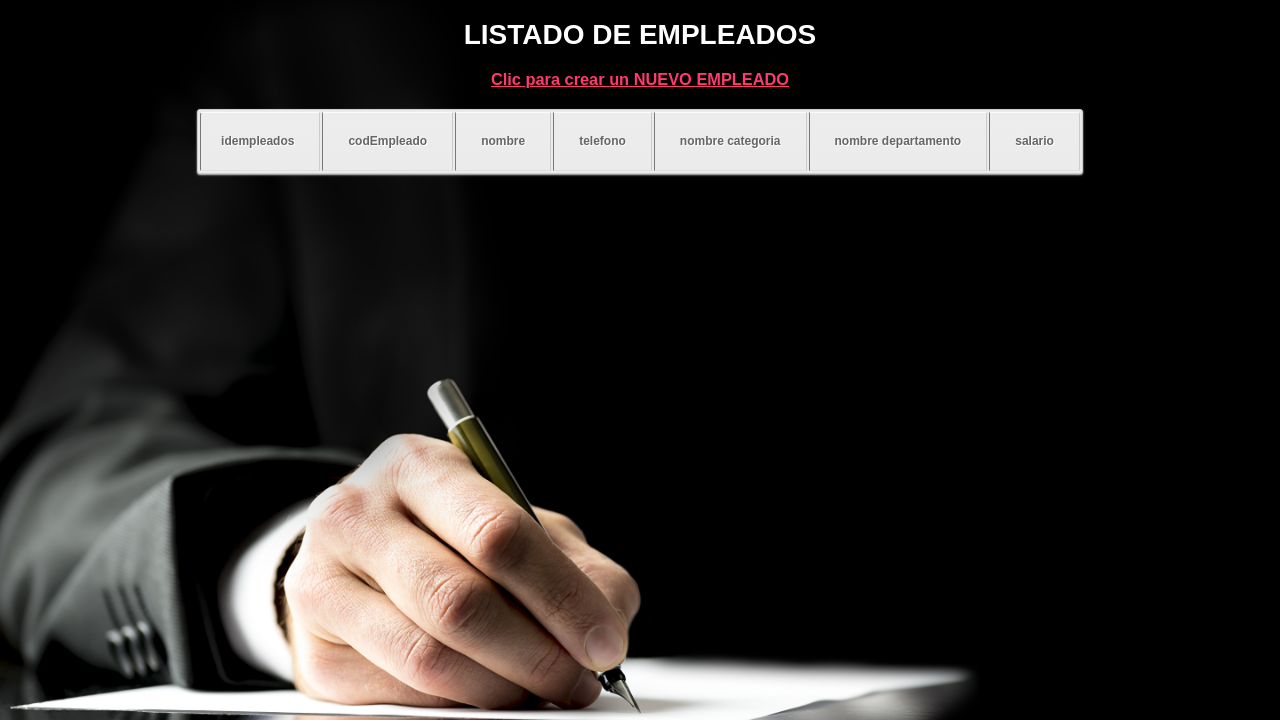
Repository: Sirfernandisco/ProyectoAgenda
Page: http://localhost/PorFinAgenda/WEB-INF/view/form1.jsp
These files come from the project's save history. The page is drawn as it stood at one moment and after the next save; the edit follows.
The browser window is 1280 px wide. The pictures show the whole page.
The page is served by Tomcat 9. Nobody is signed in. Other server files are loaded and not shown. The template is opened directly, without the code that normally fills it, so the values that code supplies are empty.

Above is the page before, as saved 2018-06-06 06:14:00.

### PorFinAgenda/src/main/webapp/WEB-INF/view/form1.jsp
<%@ taglib prefix="c" uri="http://java.sun.com/jsp/jstl/core"%>
<%@ taglib prefix="form" uri="http://www.springframework.org/tags/form"%>
<%@ taglib prefix="spring" uri="http://www.springframework.org/tags"%>
<!DOCTYPE html>
<html>
<head>
<meta charset="UTF-8">
<spring:url value="/resources/css/otro.css" var="estilos" />
<link href="${estilos}" rel="stylesheet" />
<title>Lista de empleados</title>
</head>
<body>

	<div align="center">
		<h1>LISTADO DE EMPLEADOS</h1>
		<h3>
			<a href="/">Clic para crear un NUEVO EMPLEADO</a>
		</h3>

		<table border="1">
			<tr>
				<th>idempleados</th>
				<th>codEmpleado</th>
				<th>nombre</th>
				<th>telefono</th>
				<th>nombre categoria</th>
				<th>nombre departamento</th>
				<th>salario</th>
			</tr>

			<c:forEach var="Empleados" items="${lista}">
				<tr>
					<td>${Empleados.idempleados}</td>
					<td>${Empleados.codEmpleado}</td>
					<td>${Empleados.personases.nombre}</td>
					<td>${Empleados.personases.telefonoses.telefono}</td>
					<td>${Empleados.categorias.nombre}</td>
					<td>${Empleados.departamentos.nombre}</td>
					<td>${Empleados.salario}</td>
				</tr>
			</c:forEach>
		</table>
	</div>
</body>
</html>

### PorFinAgenda/src/main/webapp/resources/css/otro.css
a{
	color: #ff3a6d;
}

h1{
	color: white;
}

body{

	margin: 0;
	padding: 0;
	background: #000000;
	font-family: Arial, Helvetica, sans-serif;
	font-size: 14px;
	color: #FFFFFF;

    background: url(../images/ttt.jpg) no-repeat;
  	background-size: cover;
}

.contenedor {


	text-align: center;


}

.tabla{


	margin-left: 30%;

}

table a:link {
	color: #666;
	font-weight: bold;
	text-decoration:none;
}
table a:visited {
	color: #999999;
	font-weight:bold;
	text-decoration:none;
}
table a:active,
table a:hover {
	color: #bd5a35;
	text-decoration:underline;
}
table {
	font-family:Arial, Helvetica, sans-serif;
	color:#666;
	font-size:12px;
	text-shadow: 1px 1px 0px #fff;
	background:#eaebec;
	margin:20px;
	border:#ccc 1px solid;

	-moz-border-radius:3px;
	-webkit-border-radius:3px;
	border-radius:3px;

	-moz-box-shadow: 0 1px 2px #d1d1d1;
	-webkit-box-shadow: 0 1px 2px #d1d1d1;
	box-shadow: 0 1px 2px #d1d1d1;
}
table th {
	padding:21px 25px 22px 25px;
	border-top:1px solid #fafafa;
	border-bottom:1px solid #e0e0e0;

	background: #ededed;
	background: -webkit-gradient(linear, left top, left bottom, from(#ededed), to(#ebebeb));
	background: -moz-linear-gradient(top,  #ededed,  #ebebeb);
}
table th:first-child {
	text-align: left;
	padding-left:20px;
}
table tr:first-child th:first-child {
	-moz-border-radius-topleft:3px;
	-webkit-border-top-left-radius:3px;
	border-top-left-radius:3px;
}
table tr:first-child th:last-child {
	-moz-border-radius-topright:3px;
	-webkit-border-top-right-radius:3px;
	border-top-right-radius:3px;
}
table tr {
	text-align: center;
	padding-left:20px;
}
table td:first-child {
	text-align: left;
	padding-left:20px;
	border-left: 0;
}
table td {
	padding:18px;
	border-top: 1px solid #ffffff;
	border-bottom:1px solid #e0e0e0;
	border-left: 1px solid #e0e0e0;

	background: #fafafa;
	background: -webkit-gradient(linear, left top, left bottom, from(#fbfbfb), to(#fafafa));
	background: -moz-linear-gradient(top,  #fbfbfb,  #fafafa);
}
table tr.even td {
	background: #f6f6f6;
	background: -webkit-gradient(linear, left top, left bottom, from(#f8f8f8), to(#f6f6f6));
	background: -moz-linear-gradient(top,  #f8f8f8,  #f6f6f6);
}
table tr:last-child td {
	border-bottom:0;
}
table tr:last-child td:first-child {
	-moz-border-radius-bottomleft:3px;
	-webkit-border-bottom-left-radius:3px;
	border-bottom-left-radius:3px;
}
table tr:last-child td:last-child {
	-moz-border-radius-bottomright:3px;
	-webkit-border-bottom-right-radius:3px;
	border-bottom-right-radius:3px;
}
table tr:hover td {
	background: #f2f2f2;
	background: -webkit-gradient(linear, left top, left bottom, from(#f2f2f2), to(#f0f0f0));
	background: -moz-linear-gradient(top,  #f2f2f2,  #f0f0f0);
}

After the next save:
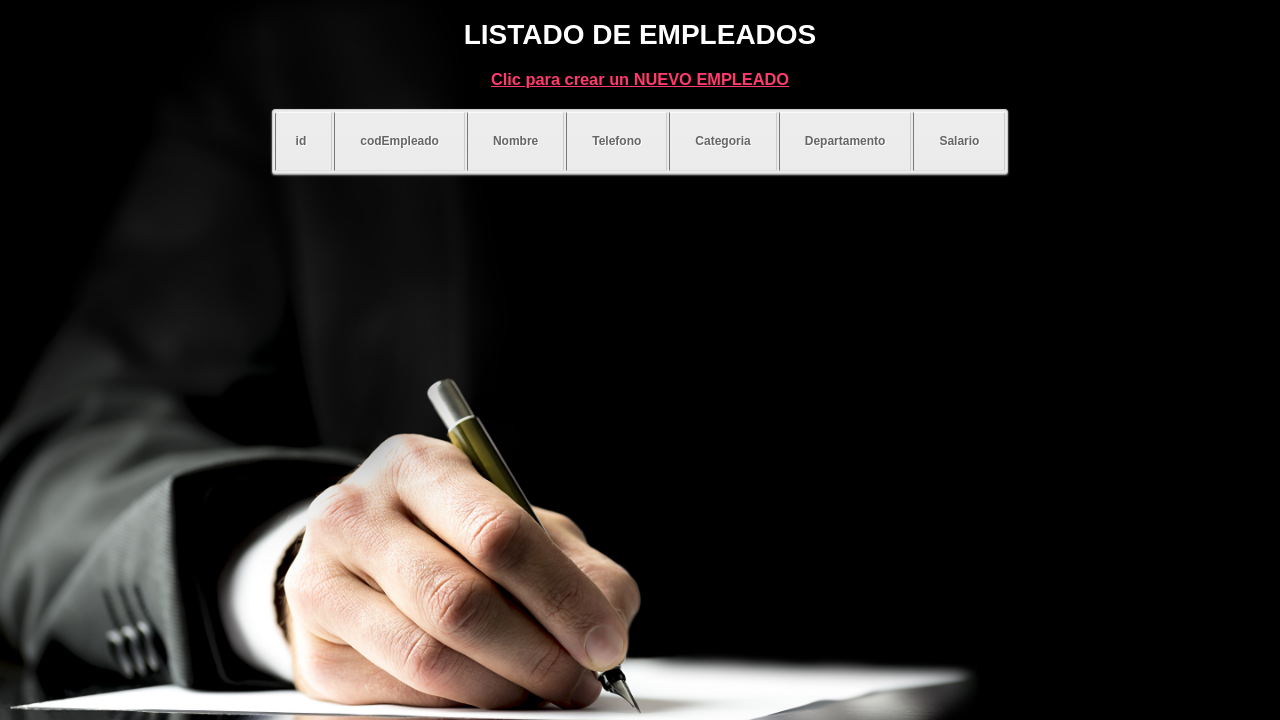
Saved 81 s later.
--- a/PorFinAgenda/src/main/webapp/WEB-INF/view/form1.jsp
+++ b/PorFinAgenda/src/main/webapp/WEB-INF/view/form1.jsp
@@ -19,13 +19,13 @@
 
 		<table border="1">
 			<tr>
-				<th>idempleados</th>
+				<th>id</th>
 				<th>codEmpleado</th>
-				<th>nombre</th>
-				<th>telefono</th>
-				<th>nombre categoria</th>
-				<th>nombre departamento</th>
-				<th>salario</th>
+				<th>Nombre</th>
+				<th>Telefono</th>
+				<th>Categoria</th>
+				<th>Departamento</th>
+				<th>Salario</th>
 			</tr>
 
 			<c:forEach var="Empleados" items="${lista}">
